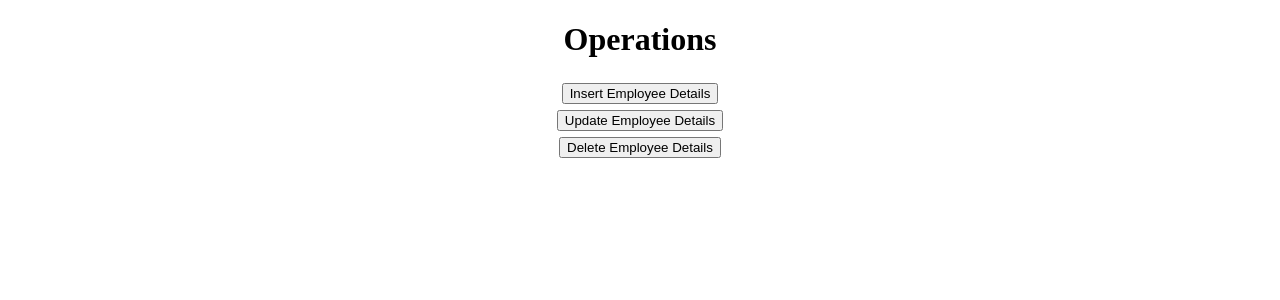
Repository: mounikagunda/corejavaproject
Page: project2/WebContent/index.html
An editor plug-in stored every save of this project. The page is shown before and after the next save, followed by the edit.
The browser window is 1280 px wide. The pictures show the whole page.

Above is the page before, as saved 2016-12-16 04:09:45.

After the next save:
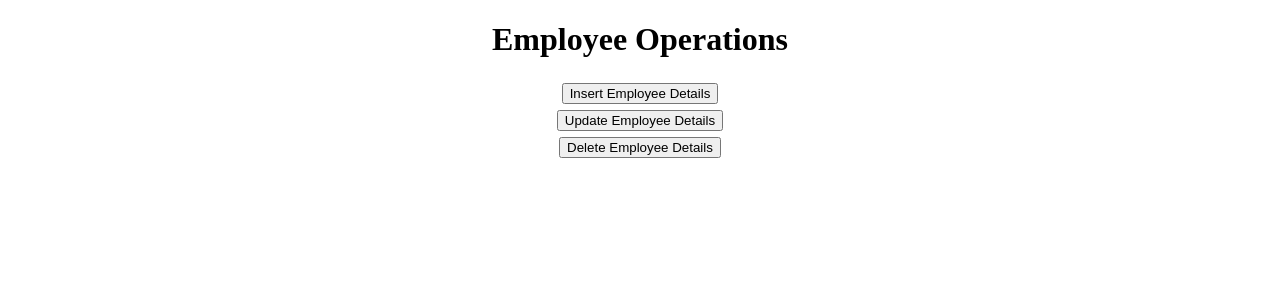
Saved 40 s later.
--- a/project2/WebContent/index.html
+++ b/project2/WebContent/index.html
@@ -5,7 +5,7 @@
 <title></title>
 </head>
 <body style="background-color:White">
-<h1 align="center">Operations</h1>
+<h1 align="center"> Employee Operations</h1>
 <form action="insert.html" method="post">
 <table align="center">
 <tr>
